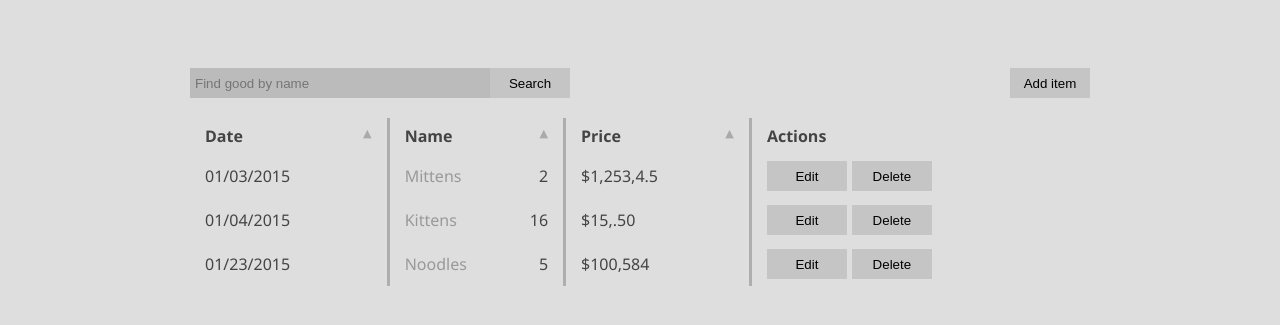
Repository: orendzi/storetask
Page: index.html
The author's editor kept a record of every edit. The page is drawn from the files as they stood at one moment, then again after the next edit.
The browser window is 1280 px wide. The pictures show the whole page.
Some web libraries are served in a nearby version.

Above is the page before.

After the next edit:
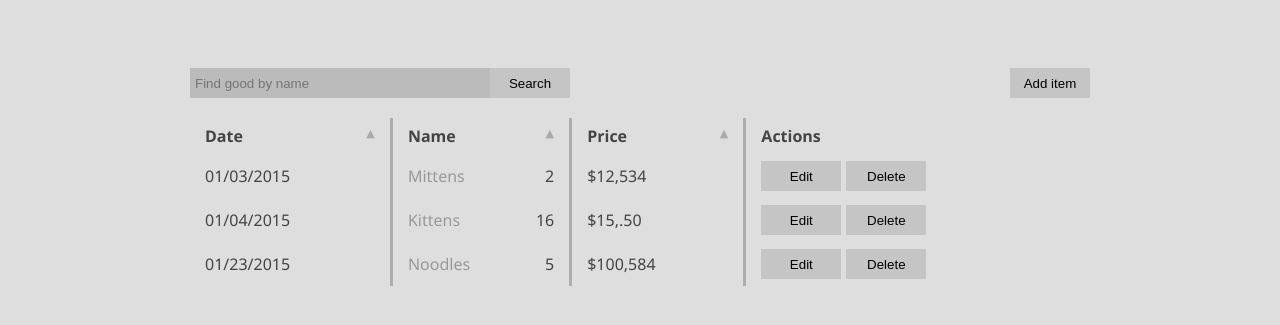
The edit:
--- a/js/app.js
+++ b/js/app.js
@@ -8,7 +8,7 @@
                             "date": "01/03/2015",
                             "name": "Mittens",
                             "amount": 2,
-                            "price": "12534.5",
+                            "price": "12534",
                             "supplier": " ",
                             "delivery": " "
                         },
